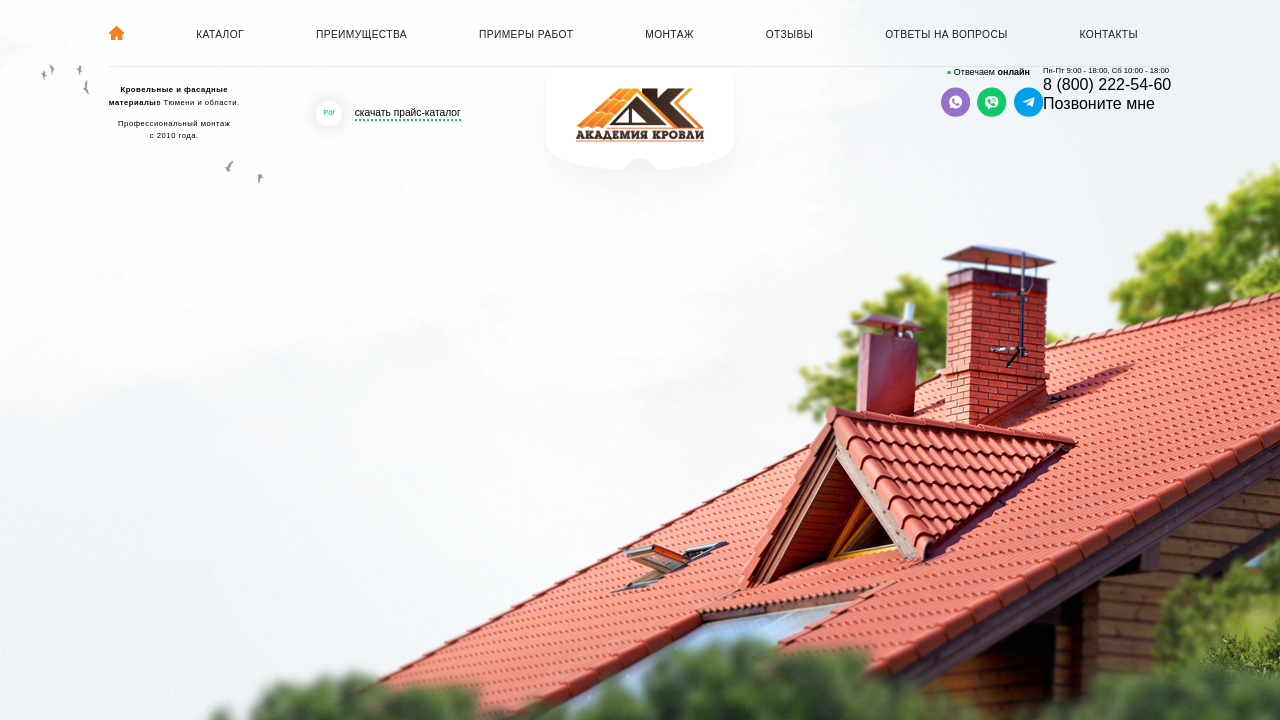
Repository: dima-hacker0/test_task_deyneka
Page: /
These files come from the project's save history. The page is drawn as it stood at one moment and after the next save; the edit follows.
The browser window is 1280 px wide. The pictures show the whole page.
The project was rebuilt for these pictures with package versions that can differ from the ones it lists, and the page was loaded fresh each time.

Above is the page before, as saved 2022-06-22 18:43:31.

### src/index.css
/*! normalize.css v8.0.1 | MIT License | github.com/necolas/normalize.css */

/* Document
   ========================================================================== */

/**
 * 1. Correct the line height in all browsers.
 * 2. Prevent adjustments of font size after orientation changes in iOS.
 */
* {
  margin: 0;
  padding: 0;
}

html {
  line-height: 1.15; /* 1 */
  -webkit-text-size-adjust: 100%; /* 2 */
}

/* Sections
   ========================================================================== */

/**
 * Remove the margin in all browsers.
 */

body {
  margin: 0;
  font-family: "Montserrat", sans-serif;
}

/**
 * Render the `main` element consistently in IE.
 */

main {
  display: block;
}

/**
 * Correct the font size and margin on `h1` elements within `section` and
 * `article` contexts in Chrome, Firefox, and Safari.
 */

h1 {
  font-size: 2em;
  margin: 0.67em 0;
}

/* Grouping content
   ========================================================================== */

/**
 * 1. Add the correct box sizing in Firefox.
 * 2. Show the overflow in Edge and IE.
 */

hr {
  box-sizing: content-box; /* 1 */
  height: 0; /* 1 */
  overflow: visible; /* 2 */
}

/**
 * 1. Correct the inheritance and scaling of font size in all browsers.
 * 2. Correct the odd `em` font sizing in all browsers.
 */

pre {
  font-family: monospace, monospace; /* 1 */
  font-size: 1em; /* 2 */
}

/* Text-level semantics
   ========================================================================== */

/**
 * Remove the gray background on active links in IE 10.
 */

a {
  background-color: transparent;
  text-decoration: none;
}

/**
 * 1. Remove the bottom border in Chrome 57-
 * 2. Add the correct text decoration in Chrome, Edge, IE, Opera, and Safari.
 */

abbr[title] {
  border-bottom: none; /* 1 */
  text-decoration: underline; /* 2 */
  text-decoration: underline dotted; /* 2 */
}

/**
 * Add the correct font weight in Chrome, Edge, and Safari.
 */

b,
strong {
  font-weight: bolder;
}

/**
 * 1. Correct the inheritance and scaling of font size in all browsers.
 * 2. Correct the odd `em` font sizing in all browsers.
 */

code,
kbd,
samp {
  font-family: monospace, monospace; /* 1 */
  font-size: 1em; /* 2 */
}

/**
 * Add the correct font size in all browsers.
 */

small {
  font-size: 80%;
}

/**
 * Prevent `sub` and `sup` elements from affecting the line height in
 * all browsers.
 */

sub,
sup {
  font-size: 75%;
  line-height: 0;
  position: relative;
  vertical-align: baseline;
}

sub {
  bottom: -0.25em;
}

sup {
  top: -0.5em;
}

/* Embedded content
   ========================================================================== */

/**
 * Remove the border on images inside links in IE 10.
 */

img {
  border-style: none;
}

/* Forms
   ========================================================================== */

/**
 * 1. Change the font styles in all browsers.
 * 2. Remove the margin in Firefox and Safari.
 */

button,
input,
optgroup,
select,
textarea {
  font-family: inherit; /* 1 */
  font-size: 100%; /* 1 */
  line-height: 1.15; /* 1 */
  margin: 0; /* 2 */
}

/**
 * Show the overflow in IE.
 * 1. Show the overflow in Edge.
 */

button,
input {
  /* 1 */
  overflow: visible;
}

/**
 * Remove the inheritance of text transform in Edge, Firefox, and IE.
 * 1. Remove the inheritance of text transform in Firefox.
 */

button,
select {
  /* 1 */
  text-transform: none;
}

/**
 * Correct the inability to style clickable types in iOS and Safari.
 */

button,
[type="button"],
[type="reset"],
[type="submit"] {
  -webkit-appearance: button;
}

/**
 * Remove the inner border and padding in Firefox.
 */

button::-moz-focus-inner,
[type="button"]::-moz-focus-inner,
[type="reset"]::-moz-focus-inner,
[type="submit"]::-moz-focus-inner {
  border-style: none;
  padding: 0;
}

/**
 * Restore the focus styles unset by the previous rule.
 */

button:-moz-focusring,
[type="button"]:-moz-focusring,
[type="reset"]:-moz-focusring,
[type="submit"]:-moz-focusring {
  outline: 1px dotted ButtonText;
}

/**
 * Correct the padding in Firefox.
 */

fieldset {
  padding: 0.35em 0.75em 0.625em;
}

/**
 * 1. Correct the text wrapping in Edge and IE.
 * 2. Correct the color inheritance from `fieldset` elements in IE.
 * 3. Remove the padding so developers are not caught out when they zero out
 *    `fieldset` elements in all browsers.
 */

legend {
  box-sizing: border-box; /* 1 */
  color: inherit; /* 2 */
  display: table; /* 1 */
  max-width: 100%; /* 1 */
  padding: 0; /* 3 */
  white-space: normal; /* 1 */
}

/**
 * Add the correct vertical alignment in Chrome, Firefox, and Opera.
 */

progress {
  vertical-align: baseline;
}

/**
 * Remove the default vertical scrollbar in IE 10+.
 */

textarea {
  overflow: auto;
}

/**
 * 1. Add the correct box sizing in IE 10.
 * 2. Remove the padding in IE 10.
 */

[type="checkbox"],
[type="radio"] {
  box-sizing: border-box; /* 1 */
  padding: 0; /* 2 */
}

/**
 * Correct the cursor style of increment and decrement buttons in Chrome.
 */

[type="number"]::-webkit-inner-spin-button,
[type="number"]::-webkit-outer-spin-button {
  height: auto;
}

/**
 * 1. Correct the odd appearance in Chrome and Safari.
 * 2. Correct the outline style in Safari.
 */

[type="search"] {
  -webkit-appearance: textfield; /* 1 */
  outline-offset: -2px; /* 2 */
}

/**
 * Remove the inner padding in Chrome and Safari on macOS.
 */

[type="search"]::-webkit-search-decoration {
  -webkit-appearance: none;
}

/**
 * 1. Correct the inability to style clickable types in iOS and Safari.
 * 2. Change font properties to `inherit` in Safari.
 */

::-webkit-file-upload-button {
  -webkit-appearance: button; /* 1 */
  font: inherit; /* 2 */
}

/* Interactive
   ========================================================================== */

/*
 * Add the correct display in Edge, IE 10+, and Firefox.
 */

details {
  display: block;
}

/*
 * Add the correct display in all browsers.
 */

summary {
  display: list-item;
}

/* Misc
   ========================================================================== */

/**
 * Add the correct display in IE 10+.
 */

template {
  display: none;
}

/**
 * Add the correct display in IE 10.
 */

[hidden] {
  display: none;
}

### src/App.jsx
import "./App.css";
import Header from "./components/header/header";
import MainPage from "./components/main_page/main_page";

function App() {
  return (
    <div className="App">
      <Header />
      <MainPage />
    </div>
  );
}

export default App;

### src/App.css
body {
  background-image: url(./images/BG.png);
  background-size: 100vw;
  background-repeat: no-repeat;
  min-height: 100vh;
}

### src/components/header/header.jsx
import Svg from "../../svg/svg";
import classes from "./header.module.css";

const Header = () => {
  return (
    <header className={classes.header}>
      <div className={classes.container}>
        <nav className={classes.navigation}>
          <a href="/">
            <Svg id="house" styles={classes.svg} />
          </a>
          <a href="/" className={classes.linkPage}>
            каталог
          </a>
          <a href="/" className={classes.linkPage}>
            преимущества
          </a>
          <a href="/" className={classes.linkPage}>
            примеры работ
          </a>
          <a href="/" className={classes.linkPage}>
            монтаж
          </a>
          <a href="/" className={classes.linkPage}>
            отзывы
          </a>
          <a href="/" className={classes.linkPage}>
            ответы на вопросы
          </a>
          <a href="/" className={classes.linkPage}>
            контакты
          </a>
        </nav>
      </div>
    </header>
  );
};

export default Header;

### src/components/main_page/main_page.jsx
import classes from "./main_page.module.css";
import TopPanel from "./top_panel/top_panel";

const MainPage = () => {
  return (
    <section className={classes.mainPage}>
      <div className={classes.container}>
        <TopPanel />
      </div>
    </section>
  );
};

export default MainPage;

### src/svg/svg.jsx
const Svg = ({ id, styles }) => {
  switch (id) {
    case "house":
      return (
        <svg
          className={styles}
          viewBox="0 0 23 22"
          fill="none"
          xmlns="http://www.w3.org/2000/svg"
        >
          <path
            d="M22.6129 9.77275L12.2944 0.311896C11.8406 -0.103965 11.1578 -0.103965 10.7041 0.311896L0.385564 9.77275C0.0216964 10.1073 -0.0951005 10.618 0.0800948 11.0791C0.25529 11.5402 0.691032 11.8385 1.18068 11.8385H2.82931V21.3174C2.82931 21.6926 3.13029 22 3.50763 22H9.1633C9.53615 22 9.84162 21.6971 9.84162 21.3174V15.5632H13.1658V21.3174C13.1658 21.6926 13.4668 22 13.8442 22H19.4953C19.8682 22 20.1736 21.6971 20.1736 21.3174V11.8385H21.8223C22.3119 11.8385 22.7432 11.5402 22.9229 11.0791C23.0936 10.618 22.9768 10.1073 22.6129 9.77275Z"
            fill="#F38120"
          />
        </svg>
      );
    case "form":
      return (
        <svg
          className={styles}
          viewBox="0 0 374 248"
          fill="none"
          xmlns="http://www.w3.org/2000/svg"
        >
          <g filter="url(#filter0_d_1820_633)">
            <path
              d="M187 25H50V129.073C50 138.022 54.4674 146.474 61.913 151.446C84.4155 166.195 128.097 171.332 157.383 172.99C160.857 173.155 164.167 171.332 165.987 168.349C170.289 161.223 178.065 156.417 187 156.417C195.935 156.417 203.711 161.223 208.013 168.349C209.833 171.332 213.142 173.155 216.617 172.99C245.903 171.167 289.585 166.195 312.087 151.446C319.533 146.474 324 138.188 324 129.073V25H187Z"
              fill="white"
            />
          </g>
          <defs>
            <filter
              id="filter0_d_1820_633"
              x="0"
              y="0"
              className={styles}
              filterUnits="userSpaceOnUse"
              color-interpolation-filters="sRGB"
            >
              <feFlood flood-opacity="0" result="BackgroundImageFix" />
              <feColorMatrix
                in="SourceAlpha"
                type="matrix"
                values="0 0 0 0 0 0 0 0 0 0 0 0 0 0 0 0 0 0 127 0"
                result="hardAlpha"
              />
              <feOffset dy="25" />
              <feGaussianBlur stdDeviation="25" />
              <feComposite in2="hardAlpha" operator="out" />
              <feColorMatrix
                type="matrix"
                values="0 0 0 0 0 0 0 0 0 0 0 0 0 0 0 0 0 0 0.03 0"
              />
              <feBlend
                mode="normal"
                in2="BackgroundImageFix"
                result="effect1_dropShadow_1820_633"
              />
              <feBlend
                mode="normal"
                in="SourceGraphic"
                in2="effect1_dropShadow_1820_633"
                result="shape"
              />
            </filter>
          </defs>
        </svg>
      );
    case "viber":
      return (
        <svg
          className={styles}
          //   width="44"
          //   height="45"
          viewBox="0 0 44 45"
          fill="none"
          xmlns="http://www.w3.org/2000/svg"
        >
          <rect
            y="0.577148"
            width="43.8462"
            height="43.8462"
            rx="21.9231"
            fill="#976FCC"
          />
          <path
            d="M21.9233 12.8545C16.598 12.8545 12.2771 17.1753 12.2771 22.5007C12.2771 24.633 12.9673 26.5971 14.1345 28.1963L12.9056 31.8326L16.7383 30.6373C18.2365 31.5913 20.0154 32.1468 21.9233 32.1468C27.2486 32.1468 31.5695 27.826 31.5695 22.5007C31.5695 17.1753 27.2486 12.8545 21.9233 12.8545ZM26.3396 27.6745C24.5888 28.3759 22.5013 27.6969 20.2174 25.963C17.9335 24.229 16.4296 21.788 16.3286 19.9755C16.2276 18.163 17.7035 17.2483 18.5059 17.2539C19.3083 17.2595 20.1893 19.824 20.2006 20.2168C20.2118 20.6152 19.2186 21.3222 19.1793 21.6589C19.14 21.9956 20.5316 23.6566 21.1209 24.1056C21.7045 24.5489 22.9109 25.4018 23.5338 25.3232C24.1511 25.2391 24.5607 23.9989 24.9535 23.9204C25.3463 23.8418 27.4899 24.908 27.7031 25.183C27.9164 25.4635 27.8939 27.0572 26.3396 27.6745Z"
            fill="white"
          />
        </svg>
      );
    case "whatsup":
      return (
        <svg
          className={styles}
          //   width="44"
          //   height="45"
          viewBox="0 0 44 45"
          fill="none"
          xmlns="http://www.w3.org/2000/svg"
        >
          <rect
            y="0.577148"
            width="43.8462"
            height="43.8462"
            rx="21.9231"
            fill="#12C868"
          />
          <path
            d="M24.1356 13.8643H19.7056C15.4171 13.8643 11.9581 16.9773 11.9581 20.8414V23.8316C11.9581 26.5305 13.6775 28.9836 16.3881 30.1306V33.4712C16.3881 33.6396 16.56 33.7944 16.7775 33.7944C16.8635 33.7944 16.9646 33.7625 17.0354 33.7033L20.2366 30.8042H24.1356C28.4291 30.8042 31.8882 27.6911 31.8882 23.827V20.8368C31.8882 16.9773 28.4291 13.8643 24.1356 13.8643ZM27.0485 26.9401L25.941 27.9369C24.7475 28.9791 21.6829 27.7821 18.9723 25.3017C16.2617 22.8212 15.0581 20.0131 16.201 18.9708L17.3085 17.9741C17.7535 17.6054 18.4514 17.6236 18.8914 18.0059L20.4945 19.5079C20.9041 19.9084 20.9041 20.5046 20.4591 20.9051C20.3377 21.0143 20.2012 21.0735 20.0495 21.1372C19.4881 21.292 19.1999 21.779 19.3364 22.2887C19.6095 23.3947 21.157 24.7737 22.3353 25.0468C22.8814 25.1697 23.4428 24.892 23.6299 24.4187C23.817 23.9272 24.4289 23.6541 25.0105 23.8225C25.1824 23.868 25.319 23.9772 25.4555 24.0683L27.0586 25.5702C27.4581 25.9297 27.4581 26.5442 27.0485 26.9401ZM22.9118 18.6022C22.7904 18.6022 22.6893 18.6022 22.5881 18.634C22.401 18.6659 22.1987 18.5248 22.1785 18.3291C22.1583 18.1334 22.2999 17.9786 22.5022 17.9604C22.6387 17.9286 22.7752 17.9286 22.9118 17.9286C24.9549 17.9286 26.5934 19.4305 26.6237 21.2419C26.6237 21.3648 26.6237 21.4877 26.5883 21.6106C26.5529 21.779 26.4012 21.9337 26.1787 21.9018C25.9562 21.87 25.8196 21.7334 25.855 21.5332C25.855 21.424 25.8904 21.3329 25.8904 21.2419C25.8753 19.7991 24.5452 18.6022 22.9118 18.6022ZM25.1268 21.2692C25.0914 21.4376 24.9397 21.5924 24.7172 21.5605C24.5452 21.5286 24.3935 21.4057 24.3935 21.2692C24.3935 20.5501 23.731 19.9493 22.927 19.9493C22.7398 19.9812 22.5376 19.8265 22.5173 19.6444C22.4819 19.476 22.6539 19.2939 22.841 19.2757H22.8916C24.171 19.2757 25.1268 20.1632 25.1268 21.2692ZM27.9537 22.3251C27.9183 22.4935 27.7312 22.6164 27.5441 22.6027C27.357 22.5891 27.2205 22.4025 27.2356 22.2341C27.2356 22.2022 27.2356 22.2022 27.2356 22.1886C27.3216 21.8973 27.357 21.5924 27.357 21.2692C27.357 19.0755 25.3645 17.2823 22.927 17.2823C22.8056 17.2823 22.7044 17.2823 22.6033 17.2823C22.4162 17.3141 22.2139 17.1594 22.2139 16.9773C22.1785 16.8089 22.3504 16.6269 22.5376 16.6269C22.6741 16.6269 22.8106 16.595 22.927 16.595C25.7741 16.595 28.1054 18.6795 28.1054 21.2556C28.0903 21.606 28.0397 21.9883 27.9537 22.3251Z"
            fill="white"
          />
        </svg>
      );
    case "telegram":
      return (
        <svg
          className={styles}
          //   width="44"
          //   height="45"
          viewBox="0 0 44 45"
          fill="none"
          xmlns="http://www.w3.org/2000/svg"
        >
          <rect
            y="0.577148"
            width="43.8462"
            height="43.8462"
            rx="21.9231"
            fill="#05A0EB"
          />
          <path
            d="M20.0352 24.7309L19.744 28.6472C20.1585 28.6472 20.3401 28.4762 20.5559 28.269L22.5015 26.4835L26.5333 29.318C27.2732 29.7125 27.7939 29.5054 27.9926 28.6636L30.6405 16.757C30.8769 15.7113 30.2466 15.3003 29.5272 15.5601L13.9686 21.2783C12.9067 21.6729 12.9239 22.2417 13.7871 22.4982L17.7641 23.6853L27.0026 18.1348C27.4377 17.8585 27.8316 18.0098 27.5062 18.2893L20.0352 24.7309Z"
            fill="white"
          />
        </svg>
      );

    default:
      return <svg></svg>;
  }
};

export default Svg;

### src/components/header/header.module.css
.linkPage {
  text-transform: uppercase;
  font-weight: 500;
  color: #1c1c1c;
  font-size: 0.8vw;
  letter-spacing: 0.03vw;
  transition: 0.4s;
}
.navigation {
  display: flex;
  justify-content: space-between;
  align-items: center;
  max-width: 80.4vw;
  padding-top: 2vw;
  padding-bottom: 1.7vw;
}
.container {
  max-width: 83vw;
  margin: 0 auto;
  border-bottom: 1px solid rgba(0, 0, 0, 0.07);
}
.svg {
  width: 1.2vw;
}
.linkPage:after {
  display: block;
  content: "";
  height: 1px;
  width: 0%;
  background-color: #f38120;
  transition: width 0.4s ease-in-out;
}
.linkPage:hover:after,
.linkPage:focus:after {
  width: 100%;
}
.linkPage:hover {
  color: #f38120;
}

### src/components/main_page/main_page.module.css
.container {
  max-width: 83vw;
  margin: 0 auto;
}

### src/components/main_page/top_panel/top_panel.jsx
import DownloadCatalog from "./download_catalog/download_catalog";
import Materials from "./materials/materials";
import classes from "./top_panel.module.css";
import Logo from "./logo/logo";
import Answer from "./answer_online/answer";
import CallMe from "./block_call_me/call_me";

const TopPanel = () => {
  return (
    <div className={classes.items}>
      <div className={classes.leftSide}>
        <Materials />
        <DownloadCatalog />
      </div>
      <Logo />
      <div className={classes.rightSide}>
        <Answer />
        <CallMe />
      </div>
    </div>
  );
};

export default TopPanel;

### src/components/main_page/top_panel/download_catalog/download_catalog.jsx
import classes from "./download_catalog.module.css";

const DownloadCatalog = () => {
  return (
    <div className={classes.block}>
      <div className={classes.circlePdf}>Pdf</div>
      <p className={classes.downloadСatalog}>скачать прайс-каталог</p>
    </div>
  );
};

export default DownloadCatalog;

### src/components/main_page/top_panel/materials/materials.jsx
import classes from "./materials.module.css";

const Materials = () => {
  return (
    <div className={classes.item}>
      <p className={classes.text}>
        <span className={classes.textMaterials}>
          Кровельные и фасадные <br /> материалы
        </span>
        в Тюмени и области.
      </p>
      <p className={classes.text}>
        Профессиональный монтаж <br /> с 2010 года.
      </p>
    </div>
  );
};

export default Materials;

### src/components/main_page/top_panel/top_panel.module.css
.items {
  position: relative;
  display: flex;
  justify-content: space-between;
}
.leftSide {
  display: flex;
  justify-content: space-between;
  padding-top: 1.3vw;
  width: 27.5vw;
}
.rightSide {
  display: flex;
  justify-content: space-between;
}

### src/components/main_page/top_panel/logo/logo.jsx
import classes from "./logo.module.css";
import Svg from "../../../../svg/svg";
import logo from "../../../../images/logo.png";

const Logo = () => {
  return (
    <div className={classes.block}>
      <div className={classes.blockLogo}>
        <Svg id="form" styles={classes.form} />
        <img className={classes.logo} src={logo} alt="logo" />
      </div>
    </div>
  );
};

export default Logo;

### src/components/main_page/top_panel/answer_online/answer.jsx
import Svg from "../../../../svg/svg";
import classes from "./answer.module.css";

const Answer = () => {
  return (
    <div className={classes.answerOnline}>
      <p className={classes.answerText}>
        Отвечаем <span style={{ fontWeight: 600 }}>онлайн</span>
      </p>
      <div className={classes.socialMedia}>
        <a href="">
          <Svg id="viber" styles={classes.icon} />
        </a>
        <a href="">
          <Svg id="whatsup" styles={classes.icon} />
        </a>
        <a href="">
          <Svg id="telegram" styles={classes.icon} />
        </a>
      </div>
    </div>
  );
};

export default Answer;

### src/components/main_page/top_panel/block_call_me/call_me.jsx
import classes from "./call_me.module.css";

const CallMe = () => {
  return (
    <div className={classes.callMeBlock}>
      <p className={classes.workingHours}>
        Пн-Пт 9:00 - 18:00, Сб 10:00 - 18:00
      </p>
      <p>8 (800) 222-54-60</p>
      <p>Позвоните мне</p>
    </div>
  );
};

export default CallMe;

### src/components/main_page/top_panel/download_catalog/download_catalog.module.css
.circlePdf {
  color: #12c868;
  font-size: 0.6vw;
  width: 2vw;
  height: 2vw;
  justify-content: center;
  align-items: center;
  display: flex;
  box-shadow: 0px 0px 25px rgb(0 0 0 / 18%);
  border-radius: 50%;
}
.downloadСatalog {
  font-size: 0.8vw;
  border-bottom: 2px dotted #12c868;
}
.block {
  display: flex;
  align-items: center;
  justify-content: space-between;
  width: 11.3vw;
  cursor: pointer;
}

### src/components/main_page/top_panel/materials/materials.module.css
.textMaterials {
  font-weight: 600;
}
.text {
  font-size: 0.6vw;
  letter-spacing: 0.04vw;
  text-align: center;
  line-height: 1vw;
}
.item .text:first-child {
  margin-bottom: 8px;
}

### src/components/main_page/top_panel/logo/logo.module.css
.form {
  width: 20vw;
  -webkit-filter: drop-shadow(0px 25px 50px rgba(0, 0, 0, 0.03));
  filter: drop-shadow(0px 25px 50px rgba(0, 0, 0, 0.03));
}
.logo {
  position: absolute;
  width: 10vw;
  left: 50%;
  top: 37%;
  transform: translate(-50%, -50%);
}
.blockLogo {
  position: relative;
}
.block {
  position: absolute;
  left: 50%;
  top: -1.3vw;
  transform: translateX(-50%);
}

### src/components/main_page/top_panel/answer_online/answer.module.css
.answerText {
  font-size: 0.7vw;
  position: relative;
  text-align: center;
  margin-bottom: 0.7vw;
}
.answerText::before {
  content: "";
  width: 0.3vw;
  position: absolute;
  height: 0.3vw;
  background-color: #12c868;
  top: 50%;
  transform: translateY(-50%);
  border-radius: 50%;
  left: 0.5vw;
}
.icon {
  width: 2.3vw;
}
.socialMedia {
  display: flex;
  justify-content: space-between;
  width: 8vw;
}

### src/components/main_page/top_panel/block_call_me/call_me.module.css
.workingHours {
  font-size: 0.6vw;
}

Loaded but not shown: public/index.html (common file); src/index.js (common file)

After the next save:
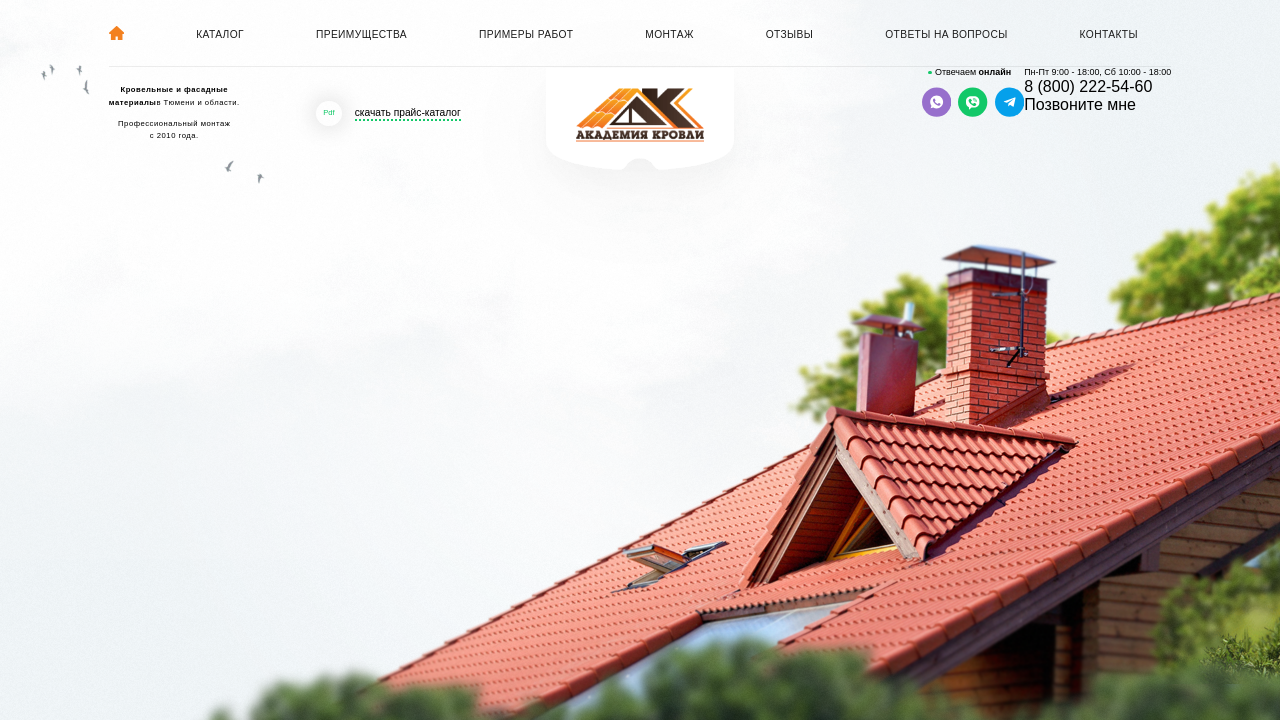
Saved 26 s later.
--- a/src/components/main_page/top_panel/block_call_me/call_me.module.css
+++ b/src/components/main_page/top_panel/block_call_me/call_me.module.css
@@ -1,3 +1,3 @@
 .workingHours {
-  font-size: 0.6vw;
+  font-size: 0.7vw;
 }
